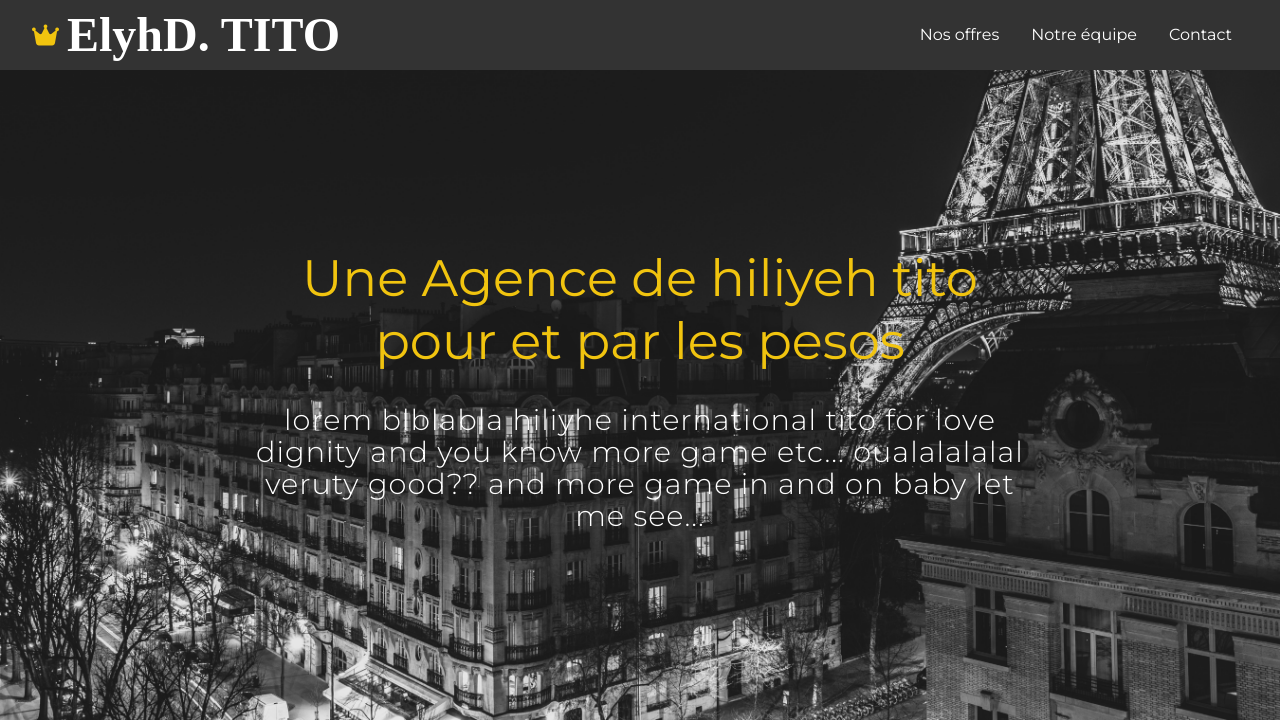
Repository: Hiliyeh/immo
Page: index.html
These files come from the project's save history. The page is drawn as it stood at one moment and after the next save; the edit follows.
The browser window is 1280 px wide. The pictures show the whole page.
Some web fonts or font styles are not loaded; a fallback is used. Some web libraries are served in a nearby version.

Above is the page before, as saved 2020-05-05 13:29:26.

### index.html
<!DOCTYPE html>
<html lang="fr">
  <head>
    <meta charset="UTF-8" />
    <meta name="viewport" content="width=device-width, initial-scale=1.0" />
    <meta http-equiv="X-UA-Compatible" content="ie=edge" />
    <link rel="stylesheet" href="css/style.css" />
    <link
      rel="stylesheet"
      media="only screen and (max-width: 500px)"
      href="css/style.mobile.css"
    />
    <link
      href="https://fonts.googleapis.com/css?family=Long+Cang|Montserrat:300,400,700&display=swap"
      rel="stylesheet"
    />
    <script
      src="https://kit.fontawesome.com/83f4286022.js"
      crossorigin="anonymous"
    ></script>
    <title>Agence Elyh</title>
    <style></style>
  </head>
  <body>
    <div class="vp-container">
      <header>
        <h2 class="vp-logo">
          <i class="fas fa-crown"></i>
          <a href="#">ElyhD. TITO</a>
        </h2>
        <ul>
          <li><a href="#">Nos offres</a></li>
          <li><a href="#">Notre équipe</a></li>
          <li><a href="#">Contact</a></li>
        </ul>
      </header>
      <section class="vp">
        <div class="vp-content">
          <h1>
            <strong>Une Agence de hiliyeh tito pour et par les pesos</strong>
          </h1>
          <p>
            lorem blblabla hiliyhe international tito for love dignity and you
            know more game etc... oualalalalal veruty good?? and more game in
            and on baby let me see...
          </p>
        </div>
      </section>
    </div>
  </body>
</html>

### css/style.CSS
* {
  margin: 0;
  padding: 0;
  box-sizing: border-box;
}

body {
  font-family: "Montserrat", sans-serif;
}

p {
  margin-bottom: 0.8rem;
}

h1,
h2,
h3,
h4 {
  margin-bottom: 1rem;
}

a {
  color: #333;
  text-decoration: none;
}

/* vp + header */

.vp-container {
  min-height: 100vh;
  display: flex;
  flex-direction: column;
}

header {
  padding: 1rem 2rem;
  background: #333;
  display: flex;
  flex-flow: row nowrap;
  justify-content: space-between;
}

.vp-logo {
  margin-bottom: 0;
  font-family: "Long Cang", cursive;
  display: flex;
  flex-flow: row nowrap;
  justify-content: center;
  align-items: center;
}

.vp-logo i {
  color: #f1c40f;
  font-size: 1.5rem;
  margin-right: 0.5rem;
}

.vp-logo a {
  font-size: 3rem;
}

header ul {
  display: flex;
  flex-flow: row nowrap;
  list-style: none;
}

header ul li {
  padding: 1rem;
}

header ul li a:hover {
  color: #f1c40f;
}

header a {
  color: white;
}


/* ... */
strong {
  color: #f1c40f;
  font-weight: 400;
}
/* ... */
header {
  padding: 1rem 2rem;
  background: #333;
  display: flex;
  flex-flow: row nowrap;
  justify-content: space-between;
  line-height: 0.4rem;
}
/* ... */
.vp {
  flex: auto;
  display: flex;
  flex-direction: column;
  justify-content: center;
  align-items: center;
  background: url("/img/frame.jpg")
    center center/cover;
}

.vp-content {
  max-width: 800px;
  text-align: center;
  color: white;
}

.vp-content h1 {
  font-size: 3.2rem;
  margin-bottom: 2rem;
}

.vp-content p {
  font-size: 1.8rem;
  font-weight: 300;
  letter-spacing: 1px;
  line-height: 2rem;
}

Loaded but not shown: css/style.mobile.css (no stored copy; drawn as an empty file)

After the next save:
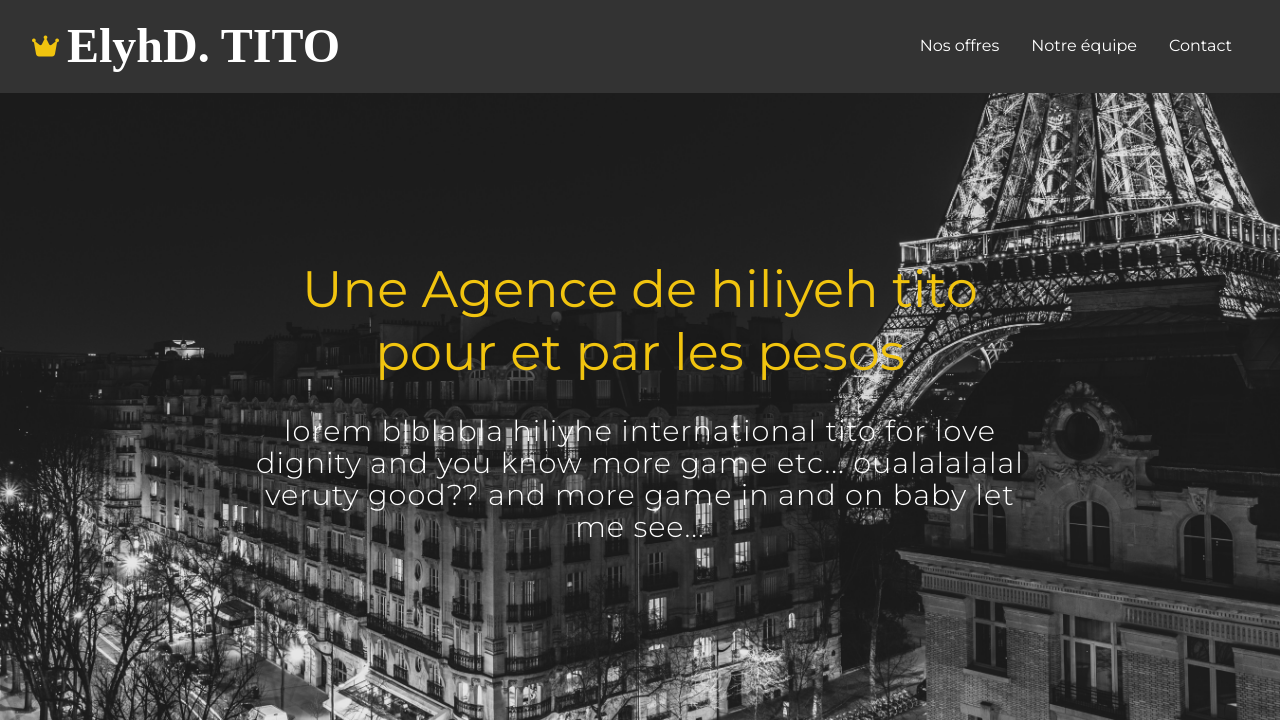
Saved 16 s later.
--- a/css/style.CSS
+++ b/css/style.CSS
@@ -90,7 +90,7 @@
   display: flex;
   flex-flow: row nowrap;
   justify-content: space-between;
-  line-height: 0.4rem;
+  line-height: 1.8rem;
 }
 /* ... */
 .vp {
